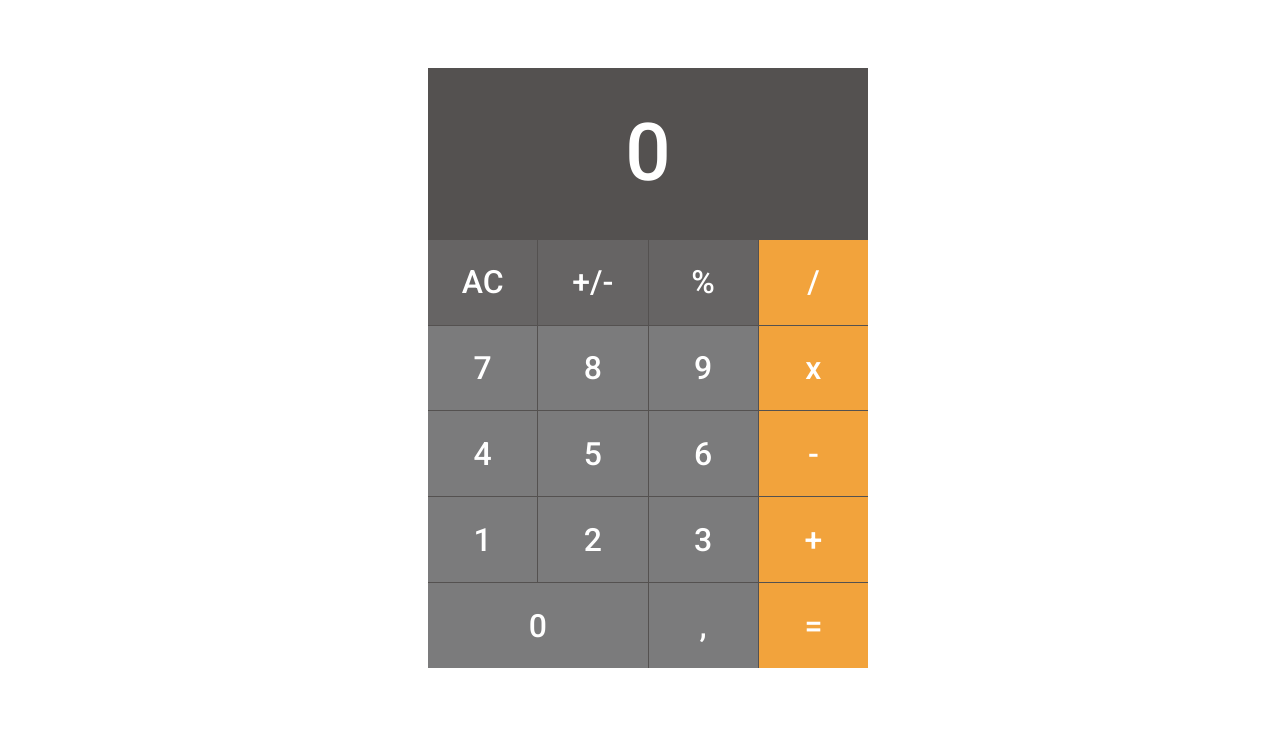
Repository: maciekto/calculatorOOP
Page: index.html
These files come from the project's save history. The page is drawn as it stood at one moment and after the next save; the edit follows.
The browser window is 1280 px wide. The page is 1288 px wide, so the pictures cover 1288 px, including what lies to the right of the window. The pictures show the whole page.

Above is the page before, as saved 2022-07-08 17:00:28.

### index.html
<!DOCTYPE html>
<html lang="en">
<head>
    <meta charset="UTF-8">
    <meta http-equiv="X-UA-Compatible" content="IE=edge">
    <meta name="viewport" content="width=device-width, initial-scale=1.0">
    <title>Document</title>
    <link rel="stylesheet" href="css.css">


</head>
<body>
    <main>
        <div class="Calc">
            <div class="Calc__result">
                <div class="Calc__result__inner">
                    0
                </div>
            </div>

            <div class="Calc__reset">
                AC
            </div>
            <div class="Calc__opposite">
                +/-
            </div>
            <div class="Calc__percentages">
                %
            </div>
            <div class="Calc__divide">
                /
            </div>

            <div class="Calc__7">7</div>
            <div class="Calc__8">8</div>
            <div class="Calc__9">9</div>
            <div class="Calc__multiply">
                x
            </div>

            <div class="Calc__4">4</div>
            <div class="Calc__5">5</div>
            <div class="Calc__6">6</div>
            <div class="Calc__substraction">
                -
            </div>

            <div class="Calc__1">1</div>
            <div class="Calc__2">2</div>
            <div class="Calc__3">3</div>
            <div class="Calc__addition">
                +
            </div>

            <div class="Calc__0">0</div>
            <div class="Calc__comma">,</div>
            <div class="Calc__isequal">
                =
            </div>

        </div>
    </main>

    <script src="js.js"></script>
</body>
</html>

### css.css
@import url('https://fonts.googleapis.com/css2?family=Roboto:wght@400;500;700&display=swap');

* {
    font-family: 'Roboto', sans-serif;
    font-weight: 500;
    box-sizing: border-box;
}

main {
    width: 100vw;
    height: 100vh;
    display: grid;
    place-items: center;
}

.Calc {
    max-width: 440px;
    width: 55vw;
    height: 80vw;
    max-height: 600px;
    background: #545150;
    color: white;
    display: grid;
    grid-template-columns: repeat(4, 1fr);
    grid-template-rows: repeat(7, 1fr);
    grid-template-areas:
    "result result result result"
    "result result result result"
    "reset opposite percentages divide"
    "seven eight nine multiply"
    "four five six substraction"
    "one two three addition"
    "zero zero comma isequal"
    ;
    grid-gap: 1px;
    font-size: 4vw;
}
.Calc div {
    display: grid;
    place-items: center;
    background: #7b7b7c;
    cursor: pointer;
}
.Calc__result {
    grid-area: result;
    background: #545150 !important;
    font-size: 10vw;
}
.Calc__result__inner {
    padding: 1vw 4vw;
    width: 100%;
    height: 100%;
    display: grid;
    place-items: end end;


    background: #545150 !important;

}
.Calc__reset {
    background: #666464 !important;
}
.Calc__opposite {
    background: #666464 !important;
}
.Calc__percentages {
    background: #666464 !important;
}
.Calc__divide {
    background: #f2a33c !important;
}
.Calc__multiply {
    background: #f2a33c !important;
}
.Calc__substraction {
    background: #f2a33c !important;
}
.Calc__addition {
    background: #f2a33c !important;
}
.Calc__isequal {
    background: #f2a33c !important;
}


.Calc__0 {
    grid-area: zero;
}

@media (min-width: 800px) {
    .Calc {
        font-size: 32px;
    }
    .Calc__result {
        font-size: 80px;
    }
}

### js.js

// Zaznaczanie klasy
function Class(nazwa) {
    return document.querySelector(`.${nazwa}`);
}


const result = Class('Calc__result');
const x = Class('Calc__multiply');


let result_number;

const l0 = Class('Calc__0');
const l1 = Class('Calc__1');
const l2 = Class('Calc__2');
const l3 = Class('Calc__3');
const l4 = Class('Calc__4');
const l5 = Class('Calc__5');
const l6 = Class('Calc__6');
const l7 = Class('Calc__7');
const l8 = Class('Calc__8');
const l9 = Class('Calc__9');
const lcomma = Class('Calc__comma');

var liczby = [l0, l1, l2, l3, l4, l5, l6, l7, l8, l9, lcomma, x];

liczby.forEach(element => {
    element.addEventListener('click', () => numberClicked(element));
});

function numberClicked(number) {
    console.log(number.innerHTML)
    if(number.innerHTML === 'x') {

    }else {
        if(result.innerHTML === '0') {
            result.innerHTML = number.innerHTML;
        } else {
            const OLDresult = result.innerHTML;
            result.innerHTML = OLDresult + number.innerHTML;
        }
    }


}

console.log(l1)



























































// inputy liczb
// inputy orange
// input procent
// input odwrotność
// input reset

// 1. po klinięciu liczba jest zapisywana jako aktywna, jeżeli jest dodana następna liczba jest dodawana do pierwszej w stringu

// 2. Po kliniuęciu jakiegoś przycisku z orange jest dodawana flaga co będzie z tą liczbą robione

// 3. Wprowadzenie następnej liczby

// 4. Wynik


// 5. Resetowanie liczby jako resetowanie zmiennej przechowującej wyrażenie

After the next save:
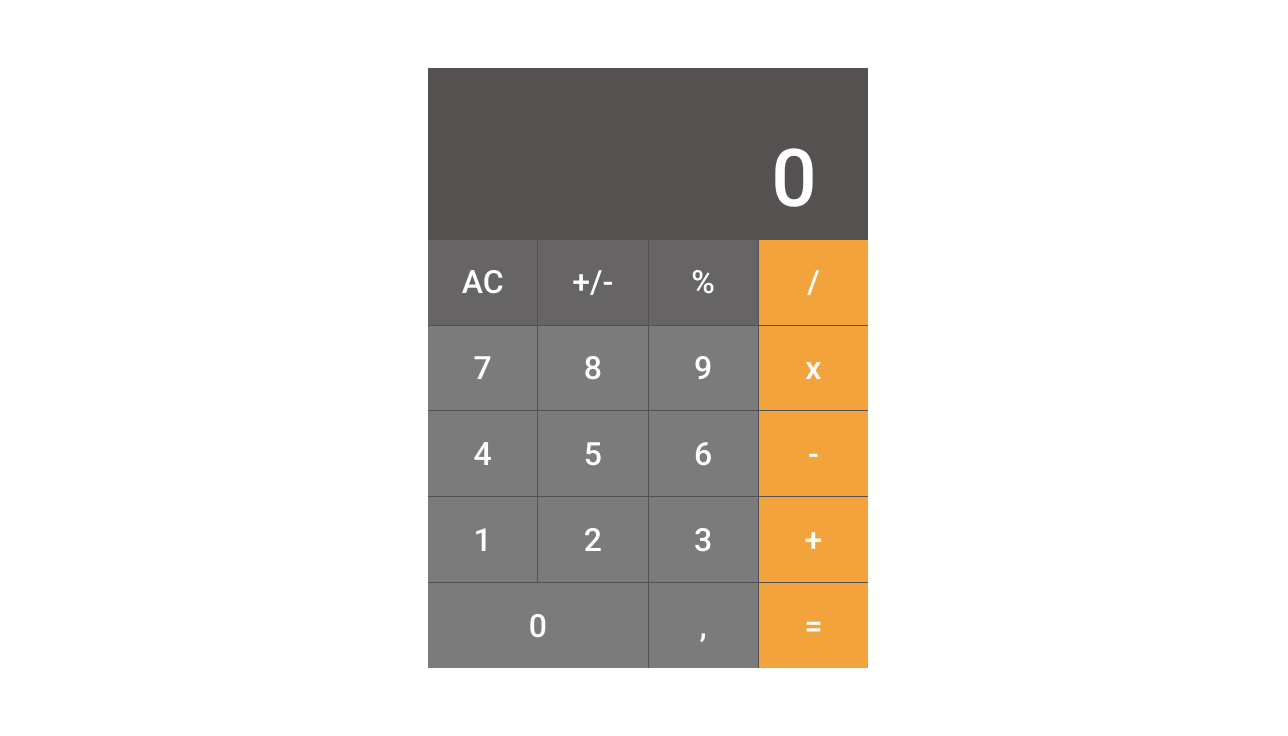
Saved 18 s later.
--- a/css.css
+++ b/css.css
@@ -50,8 +50,7 @@ main {
     padding: 1vw 4vw;
     width: 100%;
     height: 100%;
-    display: grid;
-    place-items: end end;
+    place-items: end end !important;
 
 
     background: #545150 !important;
